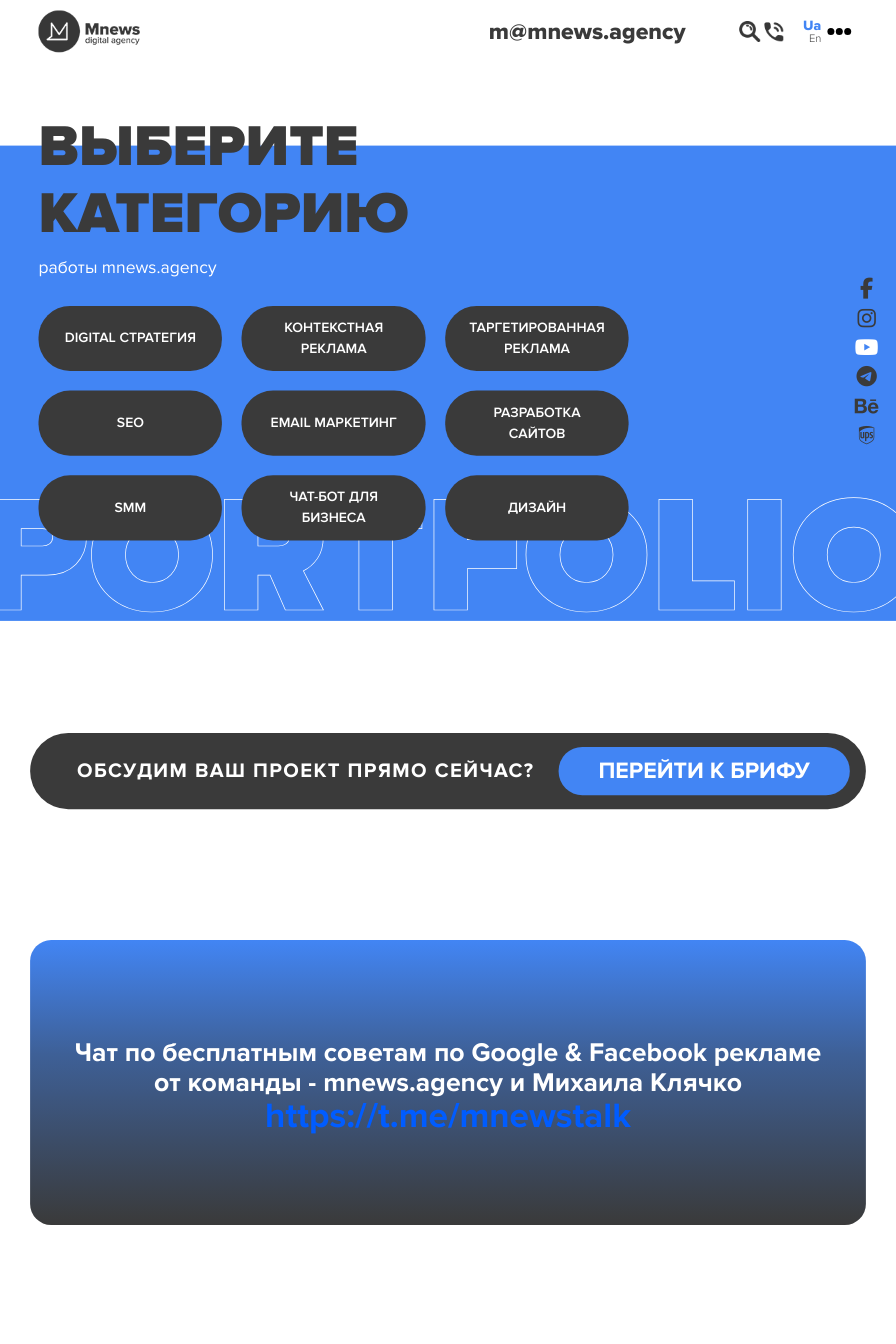
Repository: fanbear/Mnews
Page: portfolio.html
These files come from the project's save history. The page is drawn as it stood at one moment and after the next save; the edit follows.
The browser window is 1280 px wide. The pictures show the part of the page from y = 0 to 1920 px (the page is 3400 px tall), at 70% of full size.
Some web libraries are served in a nearby version.

Above is the page before, as saved 2022-08-23 17:25:26.

### portfolio.html
<!DOCTYPE html>
<html lang="ua">

<head>
    <meta charset="UTF-8">
    <meta http-equiv="X-UA-Compatible" content="IE=edge">
    <meta name="viewport" content="width=device-width, initial-scale=1">
    <title>Document</title>
    <link rel="stylesheet" href="./css/normalize.css">
    <link rel="stylesheet" href="./css/bootstrap-grid.min.css">
    <link rel="stylesheet" href="./css/critical.css">
    <link rel="stylesheet" href="./css/main.css">
    <link rel="stylesheet" href="https://cdnjs.cloudflare.com/ajax/libs/font-awesome/6.1.2/css/all.min.css">
    <link rel="stylesheet" type="text/css" href="./css/slick.css" />


</head>

<body>
    <header class="header">
        <div class="container">
            <div class="row">
                <div class="col-xl-2 col-lg-2 col-md-3 col-sm-5 col-6">
                    <a href="/" class="header-logo">
                        <img src="./image/logotype.png" alt="Mnews" width="145" height="60">
                    </a>
                </div>
                <div class="col-xl-4 col-lg-3 col-md-1 d-none d-md-block"></div>
                <div class="col-xl-4 col-lg-4 col-md-4 d-none d-md-block"><a class="header-mail"
                        href="mailTo:m@mnews.agency ">m@mnews.agency</a>
                </div>
                <div class="col-xl-1 col-lg-1 col-md-2 col-3 col-sm-3 header-active">
                    <div class="header-search">
                        <img src="./image/search.png" alt="search-mnews" width="30" height="30">
                    </div>
                    <div class="header-callback">
                        <a href="tel:09966668741"><img src="./image/callback.png" width="27" height="27"
                                alt="mnews-callback"></a>
                    </div>
                </div>
                <div class="col-xl-1 col-lg-2 col-md-2 col-3 col-sm-4 header-menu">
                    <div class="header-language">
                        <a class="header-language__active" href="/">Ua</a>
                        <a href="/en">En</a>
                    </div>
                    <div class="header-menu">
                        <div class="header-menu__button">
                            <span class="circle"></span>
                            <span class="circle"></span>
                            <span class="circle"></span>
                        </div>
                        <div class="header-menu__list">
                            <ul>
                                <li><a href="/">О нас</a></li>
                                <li><a href="/">Отзывы</a></li>
                                <li><a href="/">Услуги</a></li>
                                <li><a href="/">Портфолио</a></li>
                                <li><a href="/">Клиенты</a></li>
                                <li><a href="/">Статьи</a></li>
                                <li><a href="/">Курс по Merchant Center</a></li>
                                <li><a href="/">Курсы по digital маркетингу</a></li>
                            </ul>
                        </div>
                    </div>
                </div>
            </div>
        </div>
    </header>
    <main class="main">
        <div class="portfolio-page container-fluid">
            <div class="container portfolio-page__wrapper">
                <div class="row">
                    <div class="portfolio-page__title">ВЫБЕРИТЕ КАТЕГОРИЮ</div>
                    <div class="portfolio-page__subtitle">работы mnews.agency</div>
                    <div class="portfolio-page__list">
                        <div class="portfolio-page__list-item">
                            <a href="/Mnews">Digital стратегия</a>
                            <span><i class="fa-solid fa-right-long"></i></span>
                        </div>
                        <div class="portfolio-page__list-item">
                            <a href="/Mnews">контекстная реклама</a>
                            <span><i class="fa-solid fa-right-long"></i></span>
                        </div>
                        <div class="portfolio-page__list-item">
                            <a href="/Mnews">таргетированная реклама</a>
                            <span><i class="fa-solid fa-right-long"></i></span>
                        </div>
                        <div class="portfolio-page__list-item">
                            <a href="/Mnews">SEO</a>
                            <span><i class="fa-solid fa-right-long"></i></span>
                        </div>
                        <div class="portfolio-page__list-item">
                            <a href="/Mnews">EMAIL МАРКЕТИНГ</a>
                            <span><i class="fa-solid fa-right-long"></i></span>
                        </div>
                        <div class="portfolio-page__list-item">
                            <a href="/Mnews">РАЗРАБОТКА САЙТОВ</a>
                            <span><i class="fa-solid fa-right-long"></i></span>
                        </div>
                        <div class="portfolio-page__list-item">
                            <a href="/Mnews">SMM</a>
                            <span><i class="fa-solid fa-right-long"></i></span>
                        </div>
                        <div class="portfolio-page__list-item">
                            <a href="/Mnews">ЧАТ-БОТ ДЛЯ БИЗНЕСА</a>
                            <span><i class="fa-solid fa-right-long"></i></span>
                        </div>
                        <div class="portfolio-page__list-item">
                            <a href="/Mnews">ДИЗАЙН</a>
                            <span><i class="fa-solid fa-right-long"></i></span>
                        </div>
                    </div>
                </div>
            </div>
            <div class="overtext"><span>Portfolio</span></div>
            <div class="main-agency__network">
                <a href="/"><i class="fa-brands fa-facebook-f"></i></a>
                <a href="/"><i class="fa-brands fa-instagram"></i></a>
                <a href="/"><i class="fa-brands fa-youtube"></i></a>
                <a href="/"><i class="fa-brands fa-telegram"></i></a>
                <a href="/"><i class="fa-brands fa-behance"></i></a>
                <a href="/"><i class="fa-brands fa-ups"></i></a>
            </div>
        </div>

        <div class="container brif">
            <div class="row">
                <div class="brif-wrapper">
                    <div class="brif-title">Обсудим Ваш проект прямо сейчас?</div>
                    <div class="brif-button"><a href="">Перейти к брифу</a></div>
                </div>
            </div>
        </div>
        <div class="container">
            <div class="row">
                <div class="telegram">
                    <div class="telegram-title">
                        Чат по бесплатным советам по Google & Facebook рекламе
                        от команды - mnews.agency и Михаила Клячко
                    </div>
                    <div class="telegram-subtitle"><a href="">https://t.me/mnewstalk</a></div>
                </div>
            </div>
        </div>
    </main>
    <footer class="footer">
        <div class="footer-wrapper">
            <div class="container">
                <div class="row">
                    <div class="footer-contact col-xl-5">
                        <div class="footer-contact__title">КОНТАКТЫ</div>
                        <div class="footer-contact__phone"> <a href="tel:0671995056">+38 (067) 199 50 56</a></div>
                        <div class="footer-contact__mail"><a href="mailto:m@mnews.agency ">m@mnews.agency</a></div>
                        <div class="footer-contact__adress">г. Харьков, пер. Отакара Яроша, 12 а, 61000, Харьков,
                            Харьковская область
                        </div>
                        <div class="footer-contact__social">
                            <a href="/"><i class="fa-brands fa-facebook-f"></i></a>
                            <a href="/"><i class="fa-brands fa-instagram"></i></a>
                            <a href="/"><i class="fa-brands fa-youtube"></i></a>
                            <a href="/"><i class="fa-brands fa-telegram"></i></a>
                            <a href="/"><i class="fa-brands fa-behance"></i></a>
                            <a href="/"><i class="fa-brands fa-ups"></i></a>
                            <a href=""></a>
                        </div>
                    </div>
                    <div class="col-xl-7 footer-promo">
                        <img class="img-responsive" src="./image/footer-raiting-img.png" alt="">
                        <div class="footer-promo__raiting">
                            <img class="img-responsive" src="./image/footer-raiting-1.jpg" alt="Google-партнером-1">
                            <img class="img-responsive" src="./image/footer-raiting-2.jpg" alt="Google-партнером-2">
                            <img class="img-responsive" src="./image/footer-raiting-3.jpg" alt="Google-партнером-3">
                            <img class="img-responsive" src="./image/footer-raiting-4.jpg" alt="Google-партнером-4">
                        </div>
                    </div>
                    <div class="col-xl-12 fotter-bottom">
                        <img class="img-responsive" src="./image/footer-bottom-1.jpg"
                            alt="Спілка українськиї Підприємств">
                        <img class="img-responsive" src="./image/footer-bottom-2.png" alt="Kharkiv it claster">
                    </div>
                </div>
            </div>
            <div class="footer-copyright">
                <div class="container">
                    <div class="row">
                        <div class="col-xl-12 footer-logo">
                            <img class="img-responsive" src="./image/footer-logo.png" alt="mnews">
                        </div>
                        <div class="col-xl-12 footer-text">
                            <p>Copyright © 2016-2022 - агентство интернет-маркетинга Михаила Клячко - mnews.agency
                                Этот сайт использует cookie-файлы для предоставления услуг в соответствии с нашей
                                политикой конфиденциальности.
                                Ваши данные никогда не будут переданы 3-м лицам или использованы в мошеннических целях.
                            </p>
                        </div>
                        <div class="col-xl-12 footer-text-2">
                            <p>Вы можете указать условия хранения или доступа cookie в вашем браузере.</p>
                            <a href="">договор публичной оферты</a>
                        </div>
                        <div class="col-xl-12 fotter-edr">
                            <p>ОВ МАРКЕТИНГ НЬЮ СОЛЮШНС</p>
                            <p>Код ЄДРПОУ: 44532753</p>
                        </div>
                        <div class="col-xl-12 footer-place">
                            <p>Юридична адреса: Україна, Харківська область, місто Харків, провулок Отакара Яроша, буд.
                                12А</p>
                        </div>
                    </div>
                </div>
            </div>
        </div>

        <script src="/js/bootstrap.min.js"></script>
        <script src="js/menu.js"></script>
        <script src="js/main.js"></script>
        <script src="https://kit.fontawesome.com/97e5db9e95.js" crossorigin="anonymous"></script>
        <script src="https://code.jquery.com/jquery-1.11.0.min.js"></script>
        <script src="https://code.jquery.com/jquery-migrate-1.2.1.min.js"></script>
        <script src="./js/slick.min.js"></script>
        <script src="./js/slider.js"></script>


    </footer>
</body>



</html>

### css/settings.css
:root {
    /* color */
    --main-text-color: #3a3a3a;
    --color-darkgrey: #3a3a3a;
    --color-blue: #4285f4;
    /* font-size */
    --minimal-text-size: 29px;
    --standart-text-size: 33px;
    --medium-text-size: 63px;
    --big-text-size: 83px;
}

@media screen and (min-width: 992px) and (max-width: 1200px) {
    :root {
        --minimal-text-size: 24px;
        --standart-text-size: 28px;
        --medium-text-size: 48px;
        --big-text-size: 68px;
    }
}

@media (min-width: 768px) and (max-width: 991.98px) {
    :root {
        --minimal-text-size: 19px;
        --standart-text-size: 23px;
        --medium-text-size: 40px;
        --big-text-size: 50px;
    }
}

@media (min-width: 320px) and (max-width: 767.99px) {
    :root {
        --minimal-text-size: 15px;
        --standart-text-size: 24px;
        --medium-text-size: 34px;
        --big-text-size: 38px;
    }
}

Loaded but not shown: css/normalize.css (library); css/bootstrap-grid.min.css (library); css/slick.css (common file); js/bootstrap.min.js (library); js/slick.min.js (library); js/slider.js (200 lines, source omitted); js/main.js (103 lines, source omitted); js/menu.js (16 lines, source omitted); css/main.css (3236 lines, source omitted); css/critical.css (1385 lines, source omitted)

After the next save:
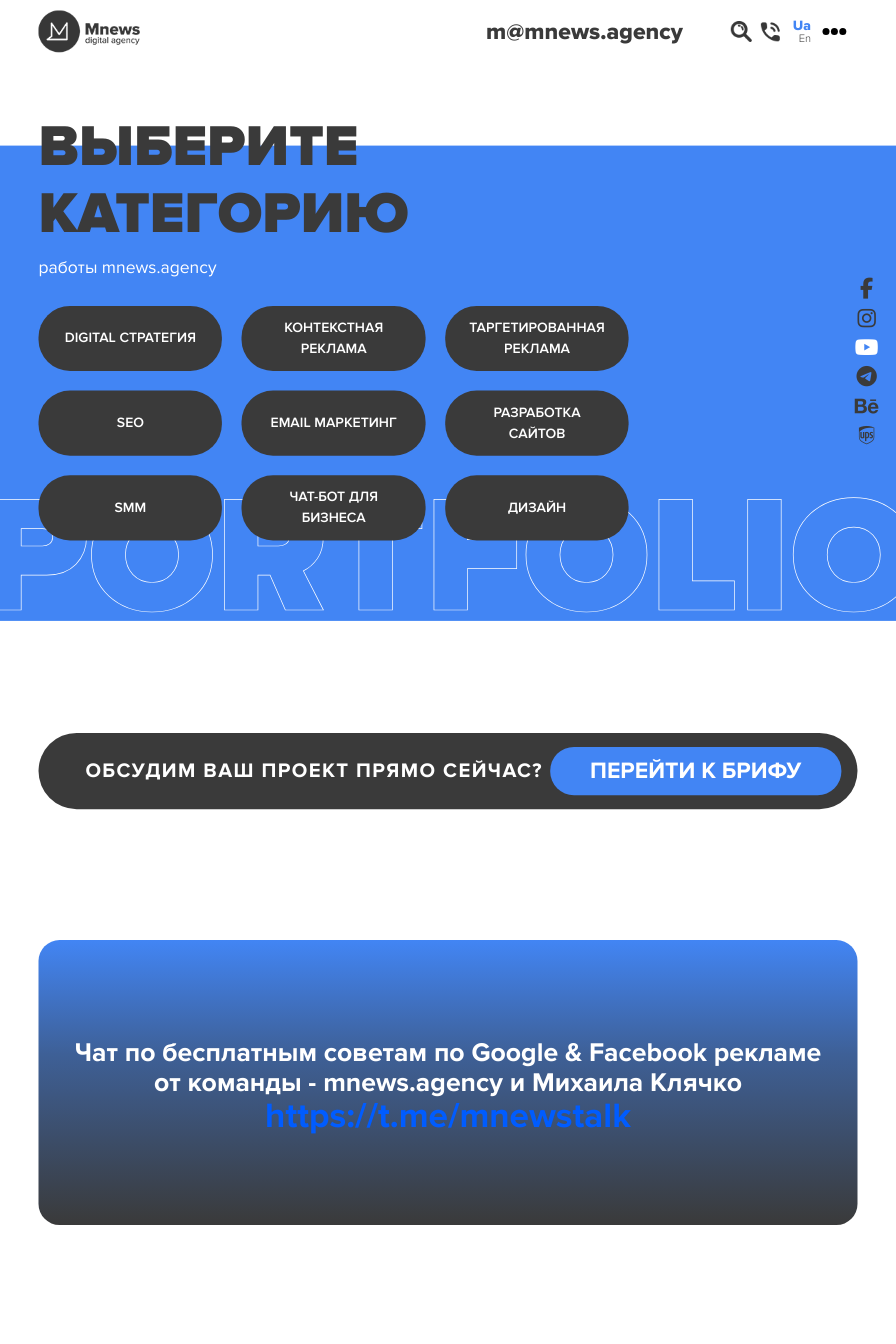
Saved 28 s later.
--- a/portfolio.html
+++ b/portfolio.html
@@ -17,49 +17,51 @@
 </head>
 
 <body>
-    <header class="header">
+    <header>
         <div class="container">
             <div class="row">
-                <div class="col-xl-2 col-lg-2 col-md-3 col-sm-5 col-6">
-                    <a href="/" class="header-logo">
-                        <img src="./image/logotype.png" alt="Mnews" width="145" height="60">
-                    </a>
-                </div>
-                <div class="col-xl-4 col-lg-3 col-md-1 d-none d-md-block"></div>
-                <div class="col-xl-4 col-lg-4 col-md-4 d-none d-md-block"><a class="header-mail"
-                        href="mailTo:m@mnews.agency ">m@mnews.agency</a>
-                </div>
-                <div class="col-xl-1 col-lg-1 col-md-2 col-3 col-sm-3 header-active">
-                    <div class="header-search">
-                        <img src="./image/search.png" alt="search-mnews" width="30" height="30">
-                    </div>
-                    <div class="header-callback">
-                        <a href="tel:09966668741"><img src="./image/callback.png" width="27" height="27"
-                                alt="mnews-callback"></a>
-                    </div>
-                </div>
-                <div class="col-xl-1 col-lg-2 col-md-2 col-3 col-sm-4 header-menu">
-                    <div class="header-language">
-                        <a class="header-language__active" href="/">Ua</a>
-                        <a href="/en">En</a>
-                    </div>
-                    <div class="header-menu">
-                        <div class="header-menu__button">
-                            <span class="circle"></span>
-                            <span class="circle"></span>
-                            <span class="circle"></span>
-                        </div>
-                        <div class="header-menu__list">
-                            <ul>
-                                <li><a href="/">О нас</a></li>
-                                <li><a href="/">Отзывы</a></li>
-                                <li><a href="/">Услуги</a></li>
-                                <li><a href="/">Портфолио</a></li>
-                                <li><a href="/">Клиенты</a></li>
-                                <li><a href="/">Статьи</a></li>
-                                <li><a href="/">Курс по Merchant Center</a></li>
-                                <li><a href="/">Курсы по digital маркетингу</a></li>
-                            </ul>
+                <div class="header">
+                    <div class="col-xl-2 col-lg-2 col-md-3 col-sm-5 col-6">
+                        <a href="/" class="header-logo">
+                            <img src="./image/logotype.png" alt="Mnews" width="145" height="60">
+                        </a>
+                    </div>
+                    <div class="col-xl-4 col-lg-3 col-md-1 d-none d-md-block"></div>
+                    <div class="col-xl-4 col-lg-4 col-md-4 d-none d-md-block"><a class="header-mail"
+                            href="mailTo:m@mnews.agency ">m@mnews.agency</a>
+                    </div>
+                    <div class="col-xl-1 col-lg-1 col-md-2 col-3 col-sm-3 header-active">
+                        <div class="header-search">
+                            <img src="./image/search.png" alt="search-mnews" width="30" height="30">
+                        </div>
+                        <div class="header-callback">
+                            <a href="tel:09966668741"><img src="./image/callback.png" width="27" height="27"
+                                    alt="mnews-callback"></a>
+                        </div>
+                    </div>
+                    <div class="col-xl-1 col-lg-2 col-md-2 col-3 col-sm-4 header-menu">
+                        <div class="header-language">
+                            <a class="header-language__active" href="/">Ua</a>
+                            <a href="/en">En</a>
+                        </div>
+                        <div class="header-menu">
+                            <div class="header-menu__button">
+                                <span class="circle"></span>
+                                <span class="circle"></span>
+                                <span class="circle"></span>
+                            </div>
+                            <div class="header-menu__list">
+                                <ul>
+                                    <li><a href="/">О нас</a></li>
+                                    <li><a href="/">Отзывы</a></li>
+                                    <li><a href="/">Услуги</a></li>
+                                    <li><a href="/">Портфолио</a></li>
+                                    <li><a href="/">Клиенты</a></li>
+                                    <li><a href="/">Статьи</a></li>
+                                    <li><a href="/">Курс по Merchant Center</a></li>
+                                    <li><a href="/">Курсы по digital маркетингу</a></li>
+                                </ul>
+                            </div>
                         </div>
                     </div>
                 </div>
@@ -125,20 +127,24 @@
 
         <div class="container brif">
             <div class="row">
-                <div class="brif-wrapper">
-                    <div class="brif-title">Обсудим Ваш проект прямо сейчас?</div>
-                    <div class="brif-button"><a href="">Перейти к брифу</a></div>
+                <div class="col-xl-12">
+                    <div class="brif-wrapper">
+                        <div class="brif-title">Обсудим Ваш проект прямо сейчас?</div>
+                        <div class="brif-button"><a href="">Перейти к брифу</a></div>
+                    </div>
                 </div>
             </div>
         </div>
         <div class="container">
             <div class="row">
-                <div class="telegram">
-                    <div class="telegram-title">
-                        Чат по бесплатным советам по Google & Facebook рекламе
-                        от команды - mnews.agency и Михаила Клячко
-                    </div>
-                    <div class="telegram-subtitle"><a href="">https://t.me/mnewstalk</a></div>
+                <div class="col-xl-12">
+                    <div class="telegram">
+                        <div class="telegram-title">
+                            Чат по бесплатным советам по Google & Facebook рекламе
+                            от команды - mnews.agency и Михаила Клячко
+                        </div>
+                        <div class="telegram-subtitle"><a href="">https://t.me/mnewstalk</a></div>
+                    </div>
                 </div>
             </div>
         </div>
